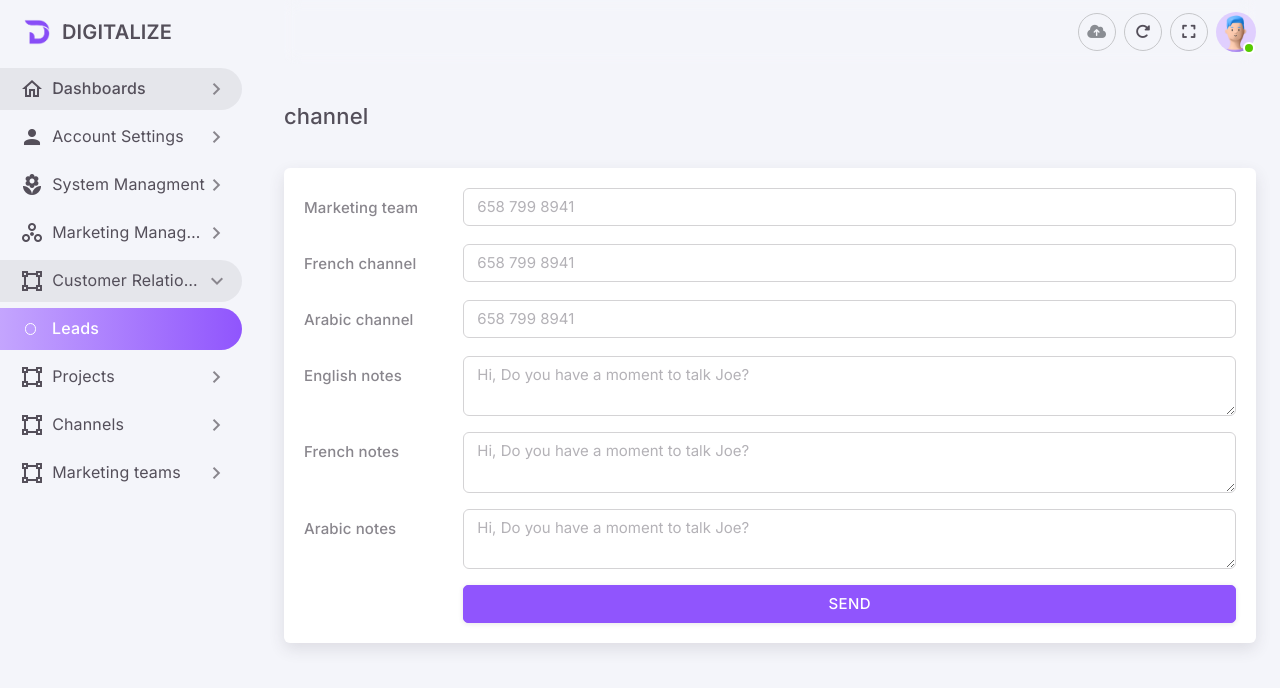
Repository: FadyFathey/sales-crm
Page: html/add-markting-team.html
These files come from the project's save history. The page is drawn as it stood at one moment and after the next save; the edit follows.
The browser window is 1280 px wide. The pictures show the whole page.
Some icons come from a web library that is not loaded, so they are not drawn. Some web libraries are served in a nearby version.

Above is the page before, as saved 2024-10-10 16:44:06.
Console error: ReferenceError: d3 is not defined

After the next save:
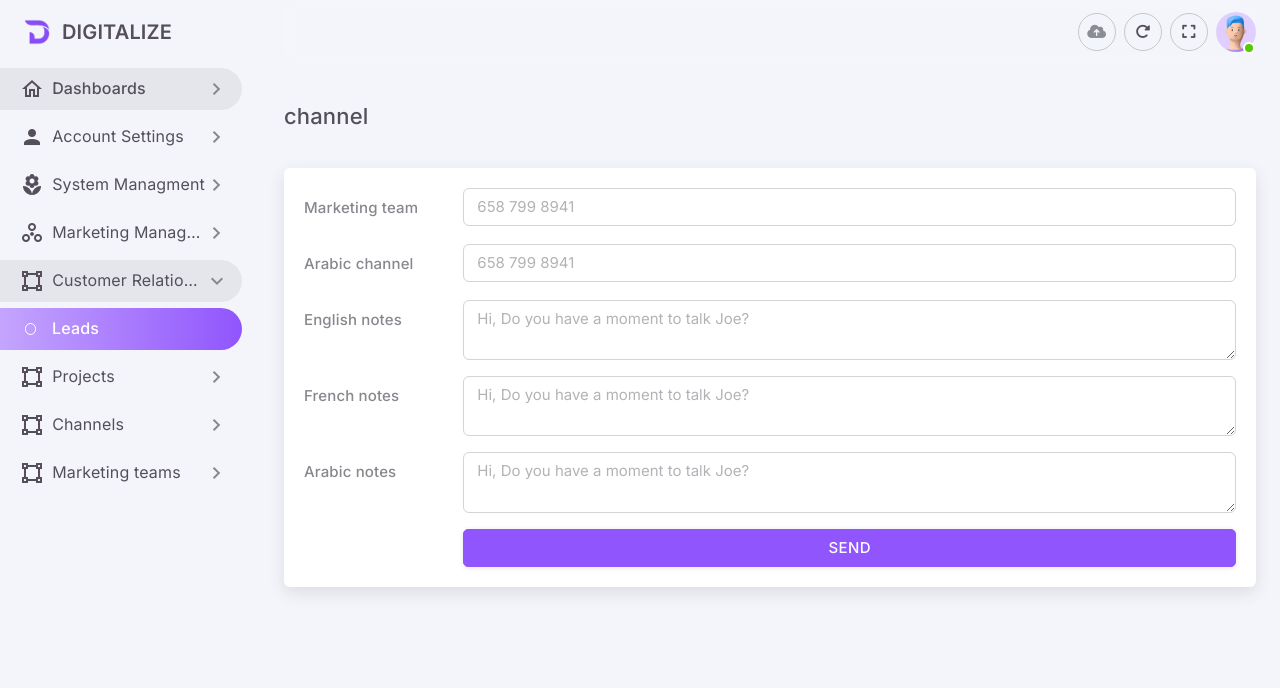
Saved 17 s later.
--- a/html/add-markting-team.html
+++ b/html/add-markting-team.html
@@ -371,16 +371,6 @@
                                             </div>
                                             <div class="row mb-3">
                                                 <label class="col-sm-2 col-form-label" for="basic-default-phone">
-                                                    French channel</label>
-                                                <div class="col-sm-10">
-                                                    <input type="text" id="basic-default-phone"
-                                                        class="form-control phone-mask" placeholder="658 799 8941"
-                                                        aria-label="658 799 8941"
-                                                        aria-describedby="basic-default-phone" />
-                                                </div>
-                                            </div>
-                                            <div class="row mb-3">
-                                                <label class="col-sm-2 col-form-label" for="basic-default-phone">
                                                     Arabic channel</label>
                                                 <div class="col-sm-10">
                                                     <input type="text" id="basic-default-phone"
